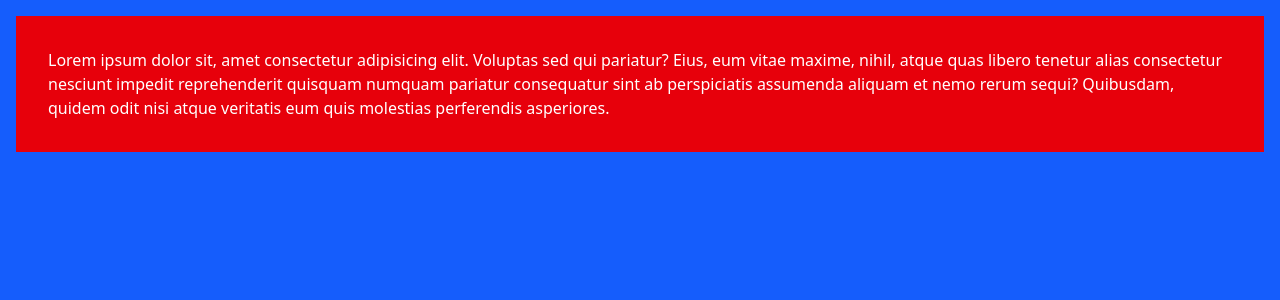
Repository: DinTri/TailwindCss
Page: index.html
The author's editor kept a copy of each file at every save. The page is drawn from the files as they stood at one save, then again after the next save.
The browser window is 1280 px wide. The pictures show the whole page.
Some web fonts or font styles are not loaded; a fallback is used.

Above is the page before, as saved 2025-06-07 01:29:09.

### index.html
<!DOCTYPE html>
<html lang="en">
  <head>
    <meta charset="UTF-8">
    <meta name="viewport" content="width=device-width, initial-scale=1">
    <title>Play with Tailwind</title>
    <link rel="stylesheet" href="style.css">
    </head>
  <body class="bg-blue-600 space-y-4">
    <p class="text=2xl text-white font-sans m-4 p-4 lg:p-8 lg:bg-red-600">Lorem ipsum dolor sit, amet consectetur adipisicing elit. Voluptas sed qui pariatur? Eius, eum vitae maxime, nihil, atque quas libero tenetur alias consectetur nesciunt impedit reprehenderit quisquam numquam pariatur consequatur sint ab perspiciatis assumenda aliquam et nemo rerum sequi? Quibusdam, quidem odit nisi atque veritatis eum quis molestias perferendis asperiores.</p>
  </body>
</html>

Loaded but not shown: style.css (2230 lines, source omitted)

After the next save:
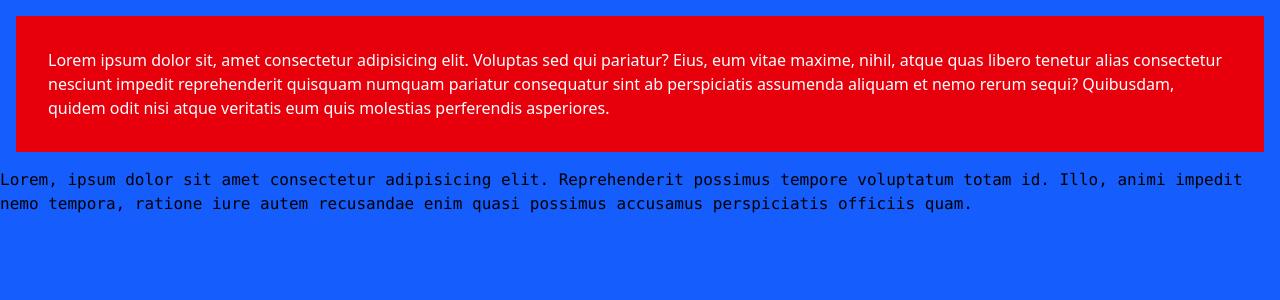
Saved 56 s later.
--- a/index.html
+++ b/index.html
@@ -8,5 +8,6 @@
     </head>
   <body class="bg-blue-600 space-y-4">
     <p class="text=2xl text-white font-sans m-4 p-4 lg:p-8 lg:bg-red-600">Lorem ipsum dolor sit, amet consectetur adipisicing elit. Voluptas sed qui pariatur? Eius, eum vitae maxime, nihil, atque quas libero tenetur alias consectetur nesciunt impedit reprehenderit quisquam numquam pariatur consequatur sint ab perspiciatis assumenda aliquam et nemo rerum sequi? Quibusdam, quidem odit nisi atque veritatis eum quis molestias perferendis asperiores.</p>
+    <p class="font-mono">Lorem, ipsum dolor sit amet consectetur adipisicing elit. Reprehenderit possimus tempore voluptatum totam id. Illo, animi impedit nemo tempora, ratione iure autem recusandae enim quasi possimus accusamus perspiciatis officiis quam.</p>
   </body>
 </html>
